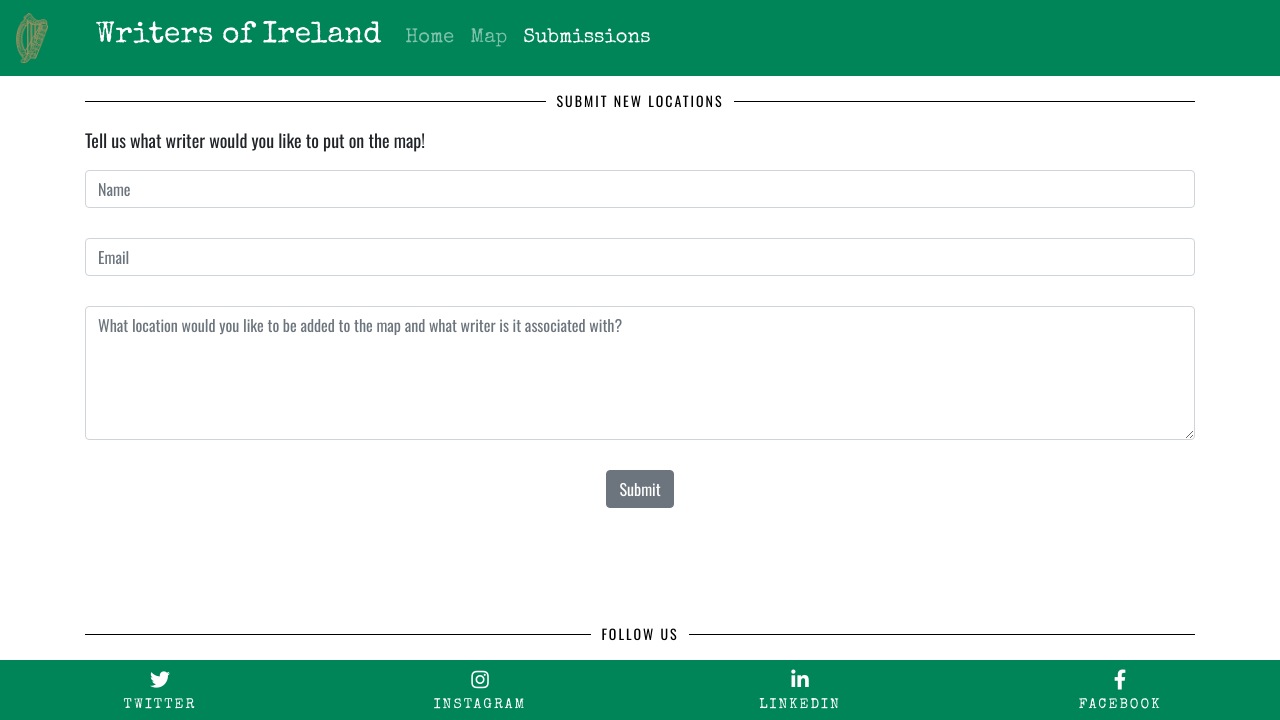
Repository: DarrenCoppinger/milestone-project-2
Page: submissions.html
The author's editor kept a record of every edit. The page is drawn from the files as they stood at one moment, then again after the next edit.
The browser window is 1280 px wide. The pictures show the whole page.
Some web libraries are served in a nearby version.

Above is the page before.
Console error: ReferenceError: emailjs is not defined

### submissions.html
<!DOCTYPE html>
<html lang="en">

<head>
    <meta charset="UTF-8">
    <meta name="viewport" content="width=device-width, initial-scale=1.0">
    <meta http-equiv="X-UA-Compatible" content="ie=edge">
    <link rel="stylesheet" href="https://stackpath.bootstrapcdn.com/bootstrap/4.3.1/css/bootstrap.min.css" type="text/css" />
    <link rel="stylesheet" href="https://use.fontawesome.com/releases/v5.8.2/css/all.css" integrity="sha384-oS3vJWv+0UjzBfQzYUhtDYW+Pj2yciDJxpsK1OYPAYjqT085Qq/1cq5FLXAZQ7Ay" crossorigin="anonymous">
    <link rel="stylesheet" href="https://cdnjs.cloudflare.com/ajax/libs/hover.css/2.3.1/css/hover-min.css" type="text/css" />
    <link rel="stylesheet" href="assets/css/style.css" type="text/css" />
    <title>Writers of Ireland</title>
    <link rel="shortcut icon" type="image/x-icon" href="./assets/images/favicon.ico" />
    <link rel="icon" type="image/x-icon" href="./favicon.ico" />
    <!--JSEmail-->
    <script type="text/javascript" src="https://cdn.jsdelivr.net/npm/emailjs-com@2.3.2/dist/email.min.js">
    </script>
    <script type="text/javascript">
        (function() {
            emailjs.init("user_TogJB0tfRK922oybFdTcZ");
            // emailjs.send("gmail", "example");
        })();
    </script>
</head>

<body>
    <header>
        <!--Navbar Code-->
        <nav class="navbar navbar-expand-lg navbar-dark bg-color">
            <!--Navbar Logo-->
            <a href="./index.html" class="navbar-brand title"><img class="mr-5" src="./assets/images/irish-harp.png" height ="50" alt="Logo image">Writers of Ireland</a>
            <!--Navbar Logo-->
            <button class="navbar-toggler" type="button" data-toggle="collapse" data-target="#navbarNavAltMarkup" aria-controls="navbarNavAltMarkup" aria-expanded="false" aria-label="Toggle navigation">
    <span class="navbar-toggler-icon"></span>
  </button>
            <div class="collapse navbar-collapse" id="navbarNavAltMarkup">
                <div class="navbar-nav">
                    <a class="nav-item nav-link" href="./index.html">Home<span class="sr-only">Home</span></a>
                    <a class="nav-item nav-link" href="./map.html">Map<span class="sr-only">Map</span></a>
                    <a class="nav-item nav-link active" href="./submissions.html">Submissions<span class="sr-only">Submissions</span></a>
                </div>
            </div>
        </nav>
    </header>
    <section id="newsletter">
        <!--Newsletter Content Divider-->
        <div class="container">
            <div class="row">
                <div class="col">
                    <h3 class="section-title">
                        <span>Submit new locations</span>
                    </h3>
                </div>
            </div>
        </div>
        <div class="container">
            <div class="row">
                <div class="col-12">
                    <p>Tell us what writer would you like to put on the map!</p>
                    <!--Main Content of the Page - Contract Form-->
                    <div class="center-form">
                        <!--<form onsubmit="return sendMail(this);" method="POST">-->
                        <form id="myform" onsubmit="return sendMail(this);">
                            <!--<form onsubmit="return sendMail(this);">-->
                            <input type="text" name="name" class="form-control" id="fullname" placeholder="Name" required/>
                            <input type="text" name="emailaddress" class="form-control" id="emailaddress" placeholder="Email" required/>
                            <textarea rows="5" name="projectsummary" class="form-control" id="projectsummary" placeholder="What location would you like to be added to the map and what writer is it associated with?" required></textarea>
                            <!--<button type="submit" class="btn btn-secondary center-block">Submit</button>-->
                            <div class="form-row text-center ">
                                <div class="col">
                                    <button type="submit" class="btn btn-secondary">Submit</button>
                                </div>
                            </div>

                        </form>
                    </div>
                </div>
            </div>
        </div>
    </section>
    <!--FOOTER-->
    <footer class="footer">
        <!--Footer Content Divider-->
        <div class="container">
            <div class="row">
                <div class="col">
                    <h3 class="section-title">
                        <span>Follow Us</span>
                    </h3>
                </div>
            </div>
        </div>
        <!--Social Media Link Buttons-->
        <div class="container-fluid social-media-bar">
            <div class="row no-gutters">
                <div class="col-12">
                    <ul id="foot" class="row list-inline social-links">
                        <li class="col-6 col-md-3 footeritem">
                            <a href="https://twitter.com/#" target="_blank" class="hvr-fade"><i class="fab fa-twitter" aria-hidden="true"></i><span>Twitter</span></a>
                        </li>
                        <li class="col-6 col-md-3 footeritem">
                            <a href="https://www.instagram.com/#" target="_blank" class="hvr-fade"><i class="fab fa-instagram" aria-hidden="true"></i><span>Instagram</span></a>
                        </li>
                        <li class="col-6 col-md-3 footeritem">
                            <a href="https://www.linkedin.com/in/# " target="_blank" class="hvr-fade"><i class="fab fa-linkedin-in" aria-hidden="true"></i><span>LinkedIn</span></a>
                        </li>
                        <li class="col-6 col-md-3 footeritem">
                            <a href="https://www.facebook.com/#" target="_blank" class="hvr-fade"><i class="fab fa-facebook-f" aria-hidden="true"></i><span>Facebook</span></a>
                        </li>
                    </ul>
                </div>
            </div>
        </div>
    </footer>

    <!--My JavaScript Script-->
    <script type="text/javascript" src="assets/js/maps.js"></script>
    <script type="text/javascript" src="assets/js/sendEmail.js"></script>
    <!--JQuery-->
    <script src="https://code.jquery.com/jquery-3.3.1.slim.min.js" integrity="sha384-q8i/X+965DzO0rT7abK41JStQIAqVgRVzpbzo5smXKp4YfRvH+8abtTE1Pi6jizo" crossorigin="anonymous"></script>
    <!--Popper and Bootstrap-->
    <script src="https://cdnjs.cloudflare.com/ajax/libs/popper.js/1.14.7/umd/popper.min.js" integrity="sha384-UO2eT0CpHqdSJQ6hJty5KVphtPhzWj9WO1clHTMGa3JDZwrnQq4sF86dIHNDz0W1" crossorigin="anonymous"></script>
    <script src="https://stackpath.bootstrapcdn.com/bootstrap/4.3.1/js/bootstrap.min.js" integrity="sha384-JjSmVgyd0p3pXB1rRibZUAYoIIy6OrQ6VrjIEaFf/nJGzIxFDsf4x0xIM+B07jRM" crossorigin="anonymous"></script>

</body>

</html>

### assets/css/style.css
@import url('https://fonts.googleapis.com/css?family=Oswald:400,700|Special+Elite&display=swap');


/*----------------padding/margins/text----------------s*/

row {
    margin-left: 0;
    margin-right: 0;
}

section {
    font-family: "Oswald", sans-serif;
    font-size: 18px;
    font-weight: 400;
    margin: 25px 0px;
}

section a {
    text-decoration: none;
    /*color: #f7c047;*/
}

section a:hover {
    text-decoration: none;
    /*color: #e6cf9e;*/
}

.section-title {
    color: #000000;
    font-family: "Oswald", sans-serif;
    font-weight: 400;
    font-size: 14px;
    letter-spacing: 2px;
    text-align: center;
    text-transform: uppercase;
    border-top: 1px solid #000000;
    padding: 0 10px;
}

.section-title span {
    position: relative;
    top: -9px;
    padding: 0 10px;
    background: #ffffff;
}

main {
    margin: 0;
    padding: 0 0 60px;
}


html {
    position: relative;
    min-height: 100%;
}


body {
    margin: 0 0 60px;
}

.title {
    font-family: "Special Elite", cursive;
    font-weight: 400;
    font-size: 30px;
}

.information {
    font-family: "Special Elite", cursive;
    font-weight: 400;
    font-size: 30px;
}

.nav-item {
    font-family: "Special Elite", cursive;
    font-weight: 400;
    font-size: 20px;
}

/*----------------carousel----------------*/

.carousel-container {
    margin: 0;
    padding: 0;
}

/*----------------footer----------------*/

footer {
    color: #000000;
    margin: 0;
    padding: 0;
    bottom: 0;
    left: 0;
    position: absolute;
    /*height: 60px;*/
    width: 100%;
}

.footerbar {
    padding: 0;
}

.social-links {
    font-family: "Special Elite", cursive;
    font-weight: 400;
    font-size: 0;
    margin: 0;
    padding: 0;
    background-color: #008559;
}

.social-media-bar {
    margin: 0;
    padding: 0;
}

#foot li {
    font-size: 14px;
    padding: 0;
}

.footeritem {
    text-align: center;
    padding: 0;
    margin: 0;
}

/*-clickable area of footer buttons-*/

.footeritem a {
    width: 100%;
    text-decoration: none;
    color: #ffffff;
    height: 60px;
}

.footeritem a i {
    padding-top: 10px;
    display: block;
    color: #ffffff;
    font-size: 20px;
}

.footeritem span {
    display: block;
    width: 100%;
    padding-top: 5px;
    text-align: center;
    text-transform: uppercase;
    font-size: 14px;
    letter-spacing: 2px;
}

.social-links li a:hover {
    background-color: #A39161;
    color: #ffffff;
}

.list-inline-item:not(:last-child) {
    margin: 0;
}


/*----------------Map----------------*/

#map {
    min-height: 100vh;
}

/*----------------navbar----------------*/

.bg-color {
    background-color: #008559;
}

/*----------------jumbotron----------------*/

.jumbo-color {
    background-color: #dfd2ae;
}

/*----------------form----------------*/

.form-control {
    margin-bottom: 30px;
}

/*----------------PAC----------------*/

.pac-card {
    margin: 10px 10px 0 0;
    border-radius: 2px 0 0 2px;
    box-sizing: border-box;
    -moz-box-sizing: border-box;
    outline: none;
    box-shadow: 0 2px 6px rgba(0, 0, 0, 0.3);
    background-color: #fff;
    font-family: Roboto;
}

#pac-container {
    padding-bottom: 12px;
    margin-right: 12px;
}

.pac-controls {
    display: inline-block;
    padding: 5px 11px;
}

.pac-controls label {
    font-family: Roboto;
    font-size: 13px;
    font-weight: 300;
}

#pac-input {
    background-color: #fff;
    font-family: Roboto;
    font-size: 15px;
    font-weight: 300;
    margin-left: 12px;
    padding: 0 11px 0 13px;
    text-overflow: ellipsis;
    width: 400px;
}

#pac-input:focus {
    border-color: #4d90fe;
}

#title {
    color: #fff;
    background-color: #4d90fe;
    font-size: 25px;
    font-weight: 500;
    padding: 6px 12px;
}

#infowindow-content {
    display: inline;
}

Loaded but not shown: assets/js/maps.js (482 lines, source omitted); assets/js/sendEmail.js (no copy from this time; the picture is the same without it)

After the next edit:
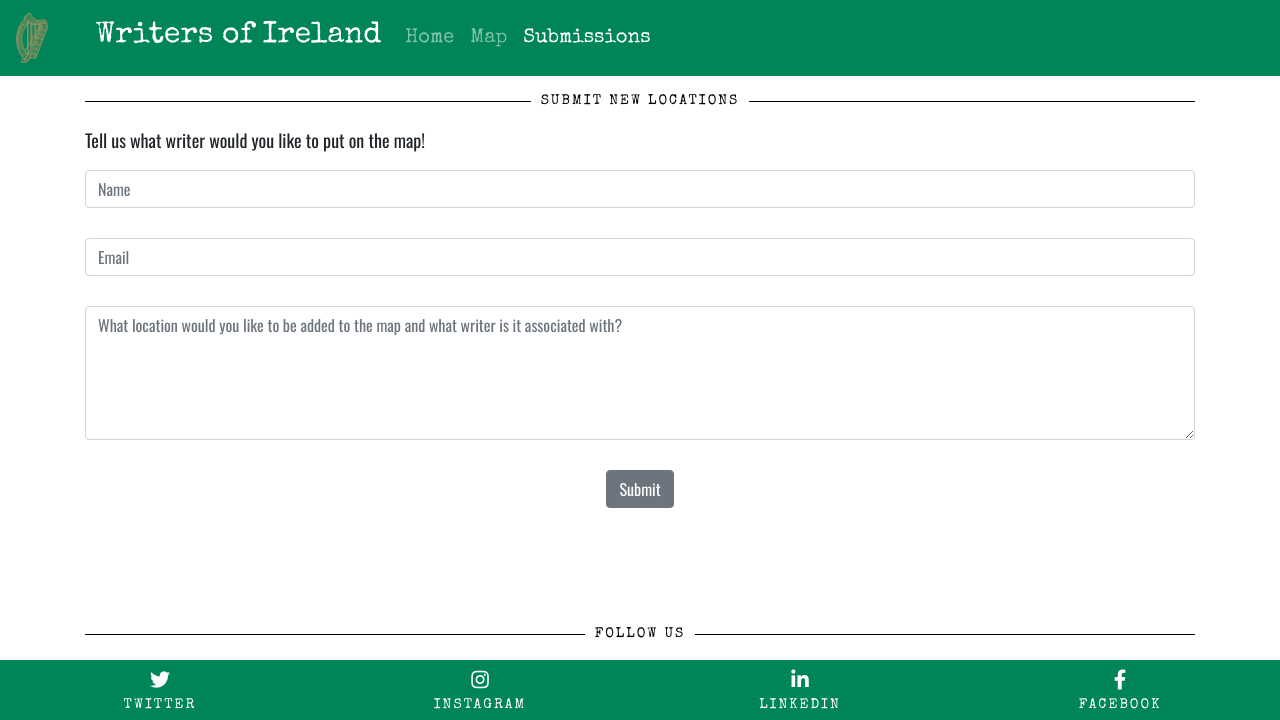
The edit:
--- a/assets/css/style.css
+++ b/assets/css/style.css
@@ -27,7 +27,7 @@
 
 .section-title {
     color: #000000;
-    font-family: "Oswald", sans-serif;
+    font-family: "Special Elite", cursive;
     font-weight: 400;
     font-size: 14px;
     letter-spacing: 2px;
